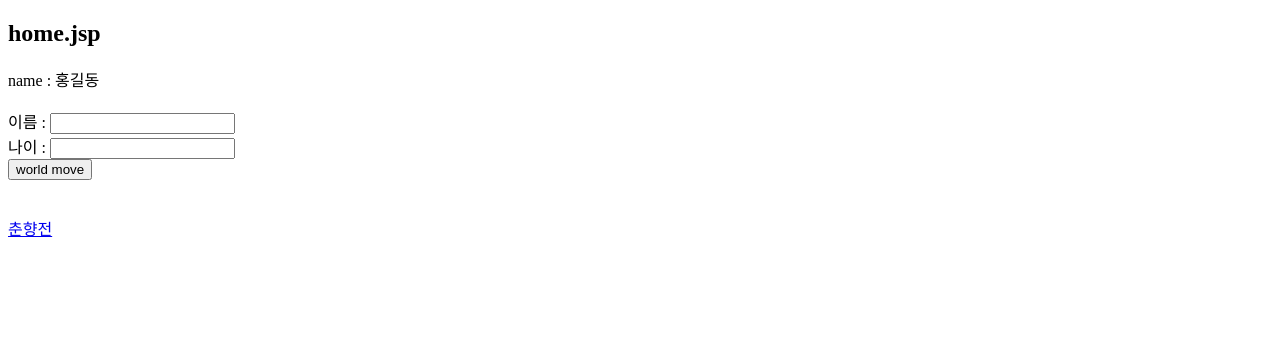
Repository: SanBu599/springFrameWorktest
Page: http://localhost/springSample2/home.do
An editor plug-in stored every save of this project. The page is shown before and after the next save, followed by the edit.
The browser window is 1280 px wide. The pictures show the whole page.
The page is served by Tomcat 9.

Above is the page before, as saved 2023-07-11 06:08:03.

After the next save:
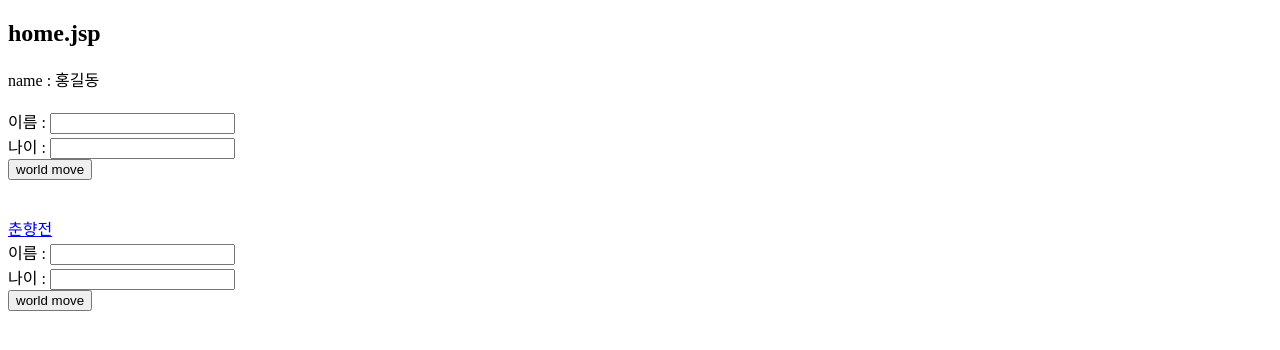
Saved 10 s later.
--- a/springSample2/src/main/webapp/WEB-INF/views/home.jsp
+++ b/springSample2/src/main/webapp/WEB-INF/views/home.jsp
@@ -23,7 +23,7 @@
 <input type="submit" value="world move">
 </form>
 <br><br>
-<form action="object.do"></form>
+
 <!--
 	<a
 
@@ -35,7 +35,11 @@
 <a href = "world.do?name=성춘향&age=16">춘향전</a>
 
 <!-- location.href -->
-
+<form action="object.do">
+이름 : <input type="text" name="name"><br>
+나이 : <input type="text" name="age"><br>
+<input type="submit" value="world move">
+</form>
 
 
 
